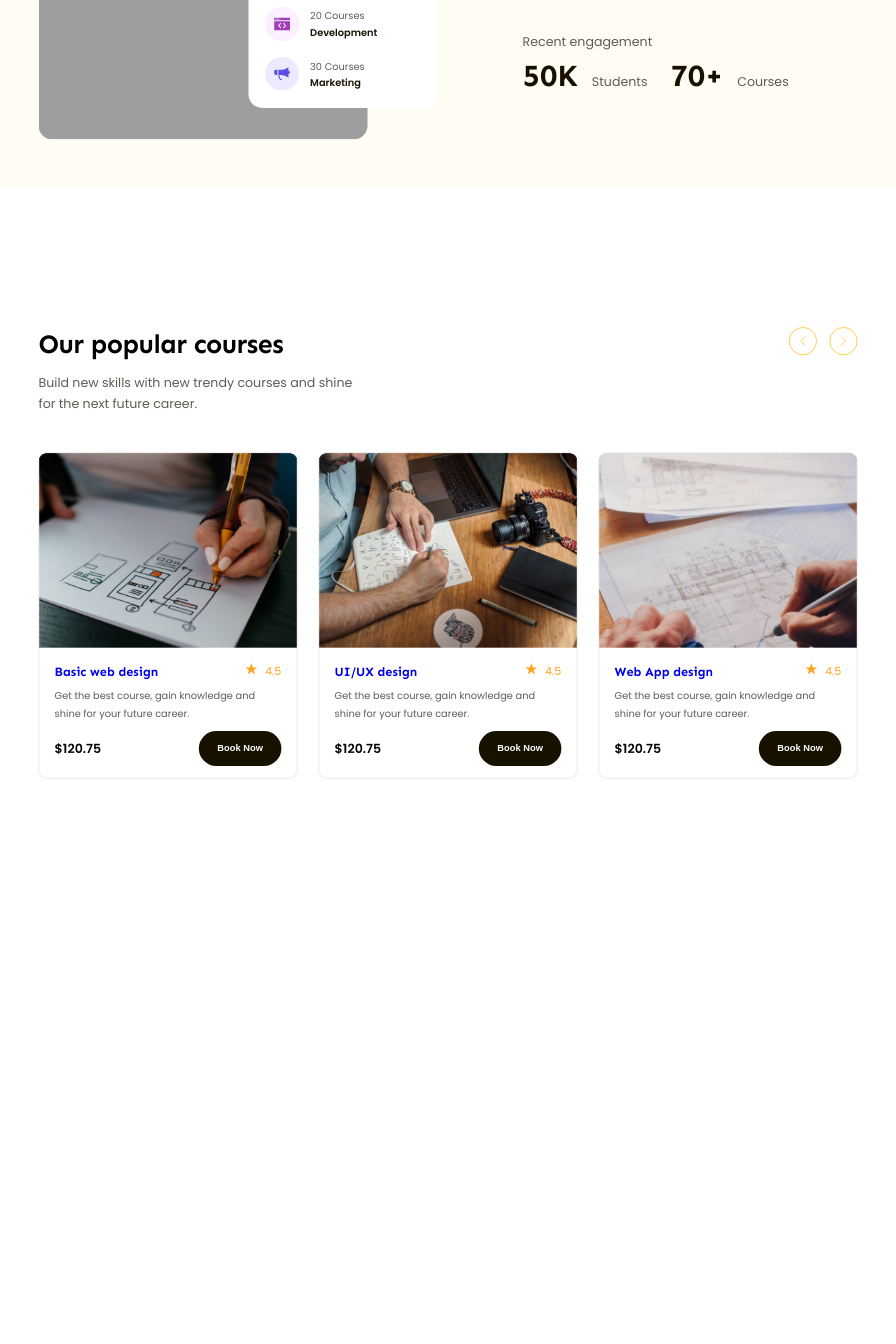
Repository: Toihoclaptrinh/duan1_figma
Page: index.html
These files come from the project's save history. The page is drawn as it stood at one moment and after the next save; the edit follows.
The browser window is 1280 px wide. The pictures show the part of the page from y = 636 to 2556 px (the page is 10000 px tall), at 70% of full size.
Pictures or frames that could not be fetched are drawn as grey boxes.

Above is the page before, as saved 2024-02-09 16:59:59.

After the next save:
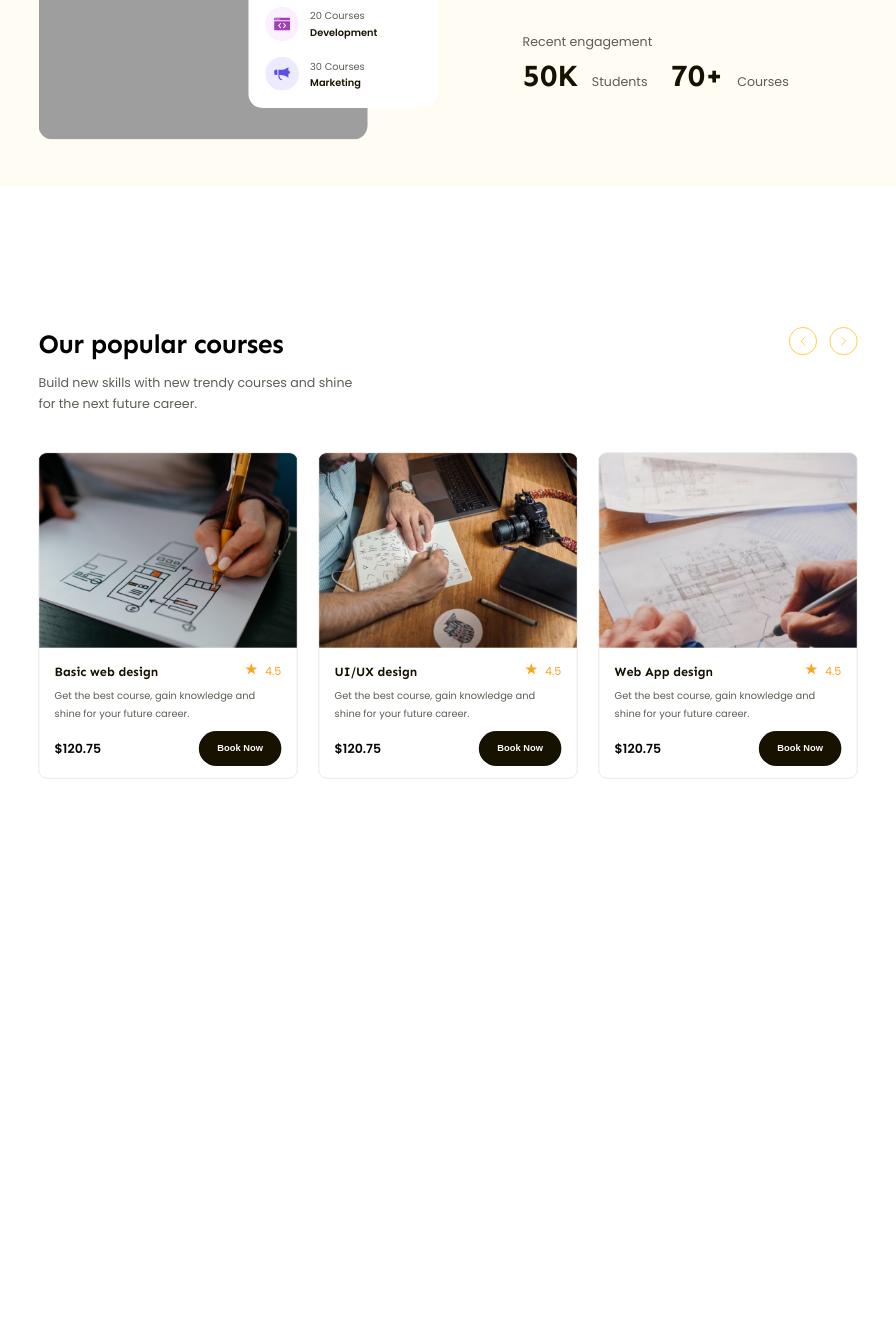
Saved 26 s later.
--- a/assets/css/style.css
+++ b/assets/css/style.css
@@ -358,6 +358,7 @@
 }
 
 .popular .courses-item .title a {
+  color: #171100;
   font-family: var(--font-heading);
   font-size: 1.8rem;
   font-weight: 600;
